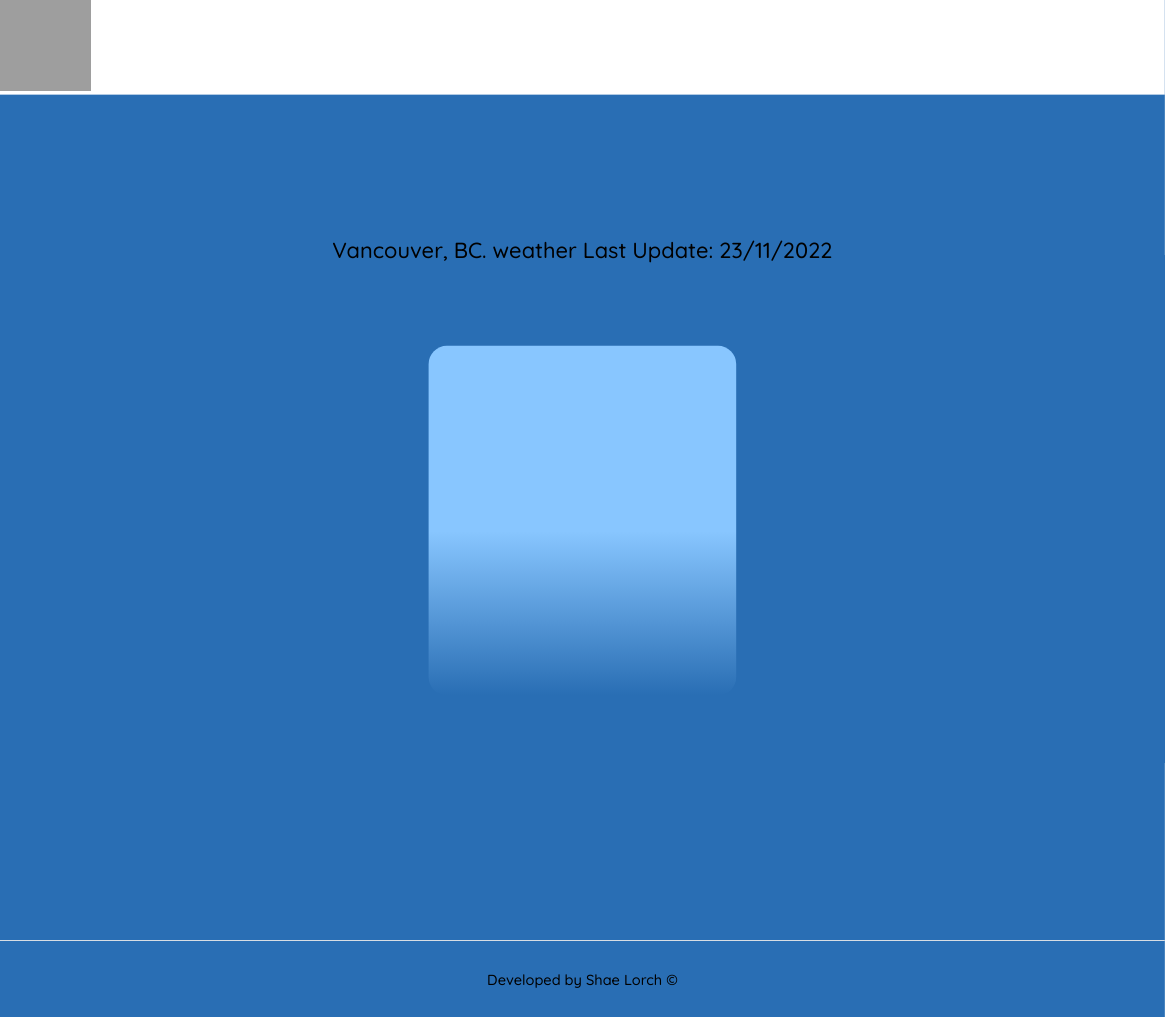
Repository: shaelorch/assessment2-DCD
Page: /
The author's editor kept a copy of each file at every save. The page is drawn from the files as they stood at one save, then again after the next save.
The browser window is 1280 px wide. The pictures show the whole page, at 91% of full size.
Pictures or frames that could not be fetched are drawn as grey boxes. Some web fonts or font styles are not loaded; a fallback is used. The project was rebuilt for these pictures with package versions that can differ from the ones it lists, and the page was loaded fresh each time. The framework's server and built-in components were replaced by stand-ins that run in the browser. Also part of the build but not shown: next.config.js, comps/weatherCard.js.

Above is the page before, as saved 2023-02-23 17:34:38.

After the next save:
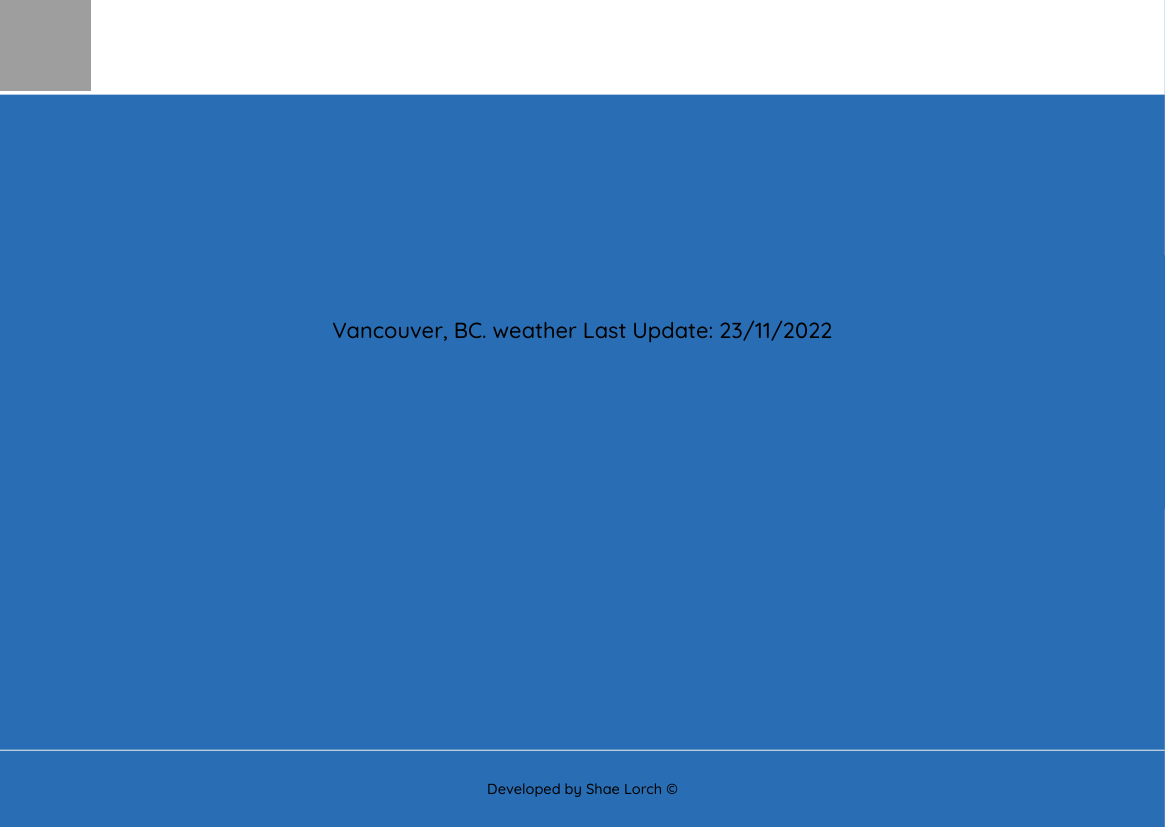
Saved 7 s later.
--- a/pages/index.js
+++ b/pages/index.js
@@ -142,12 +142,12 @@ export default function Home() {
 
         </div>
 
-        <div className={styles.mainCard}>
+        {/* <div className={styles.mainCard}>
           <div className={styles.mainCardContent}>
             {data}
           </div>
 
-        </div>
+        </div> */}
 
         <div className={styles.grid}>
           <div>
